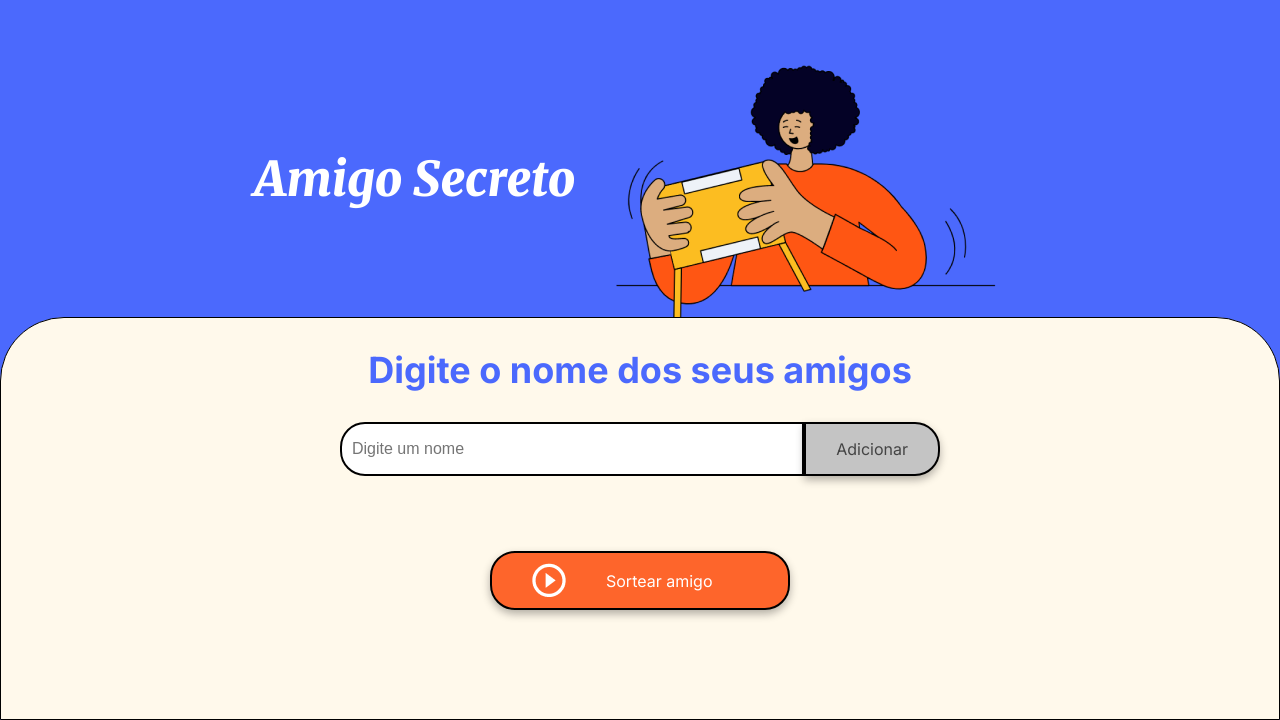
Repository: phsmottanerd/Projeto-amigosecreto
Page: challenge-amigo-secreto_pt-main/index.html
The author's editor kept a copy of each file at every save. The page is drawn from the files as they stood at one save, then again after the next save.
The browser window is 1280 px wide. The pictures show the whole page.

Above is the page before, as saved 2025-02-12 02:02:19.

After the next save:
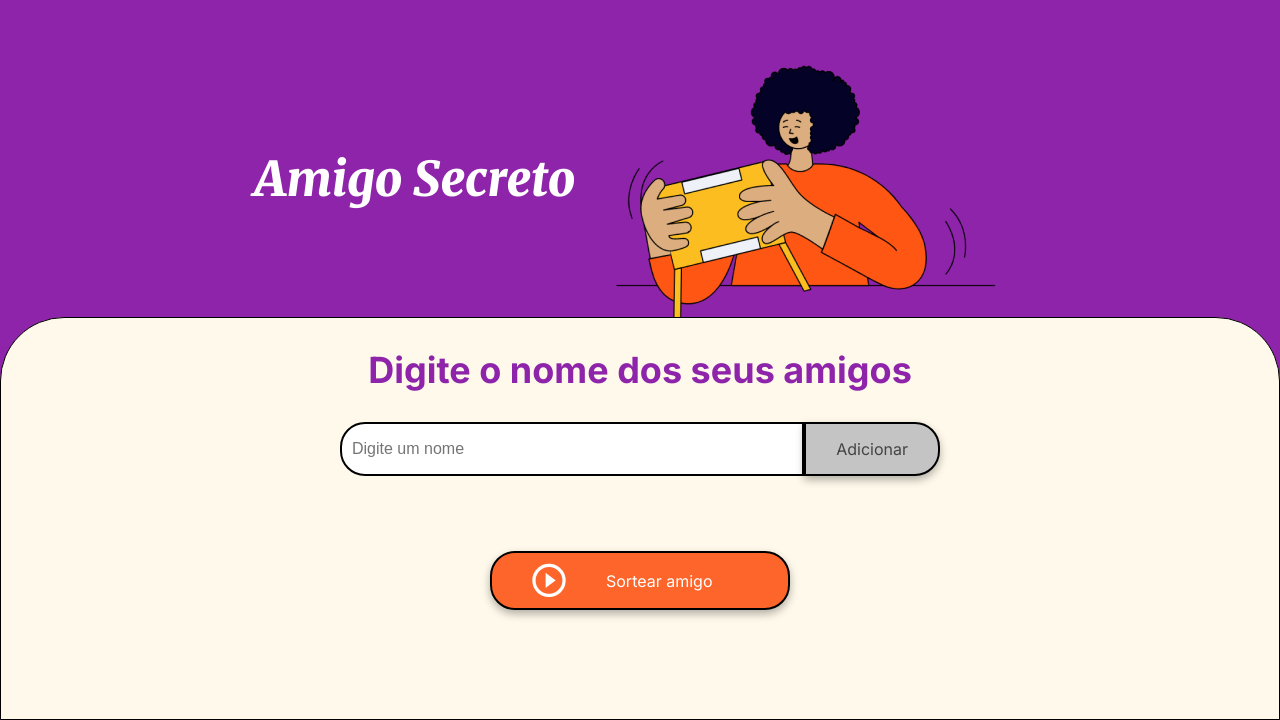
Saved 12 min 7 s later.
--- a/challenge-amigo-secreto_pt-main/style.css
+++ b/challenge-amigo-secreto_pt-main/style.css
@@ -1,5 +1,5 @@
 :root {
-    --color-primary: #4B69FD;
+    --color-primary: #8E24AA;
     --color-secondary: #FFF9EB;
     --color-tertiary: #C4C4C4;
     --color-button: #fe652b;
